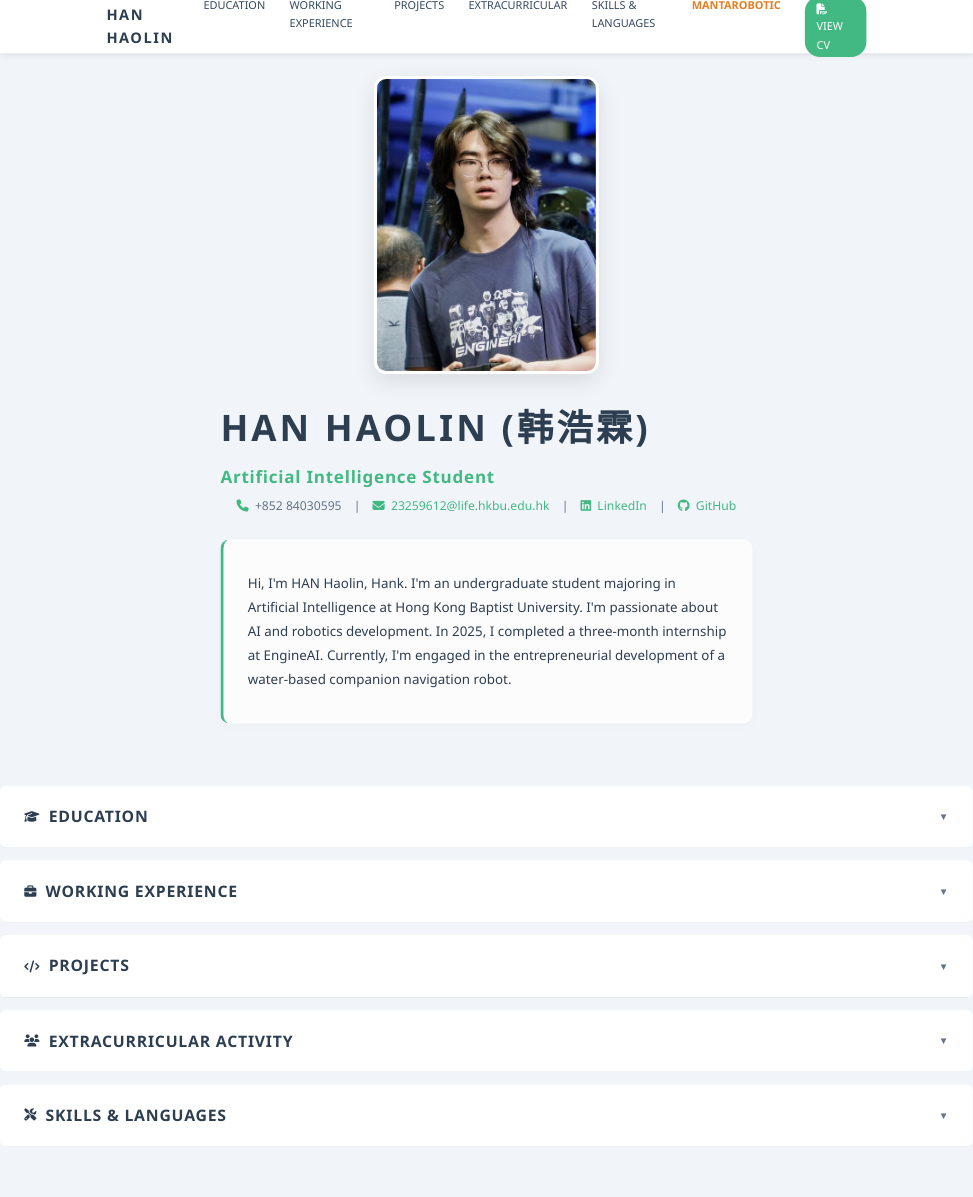
Repository: hhl2802149944-afk/hhl2802149944-afk.github.io
Page: /
An editor plug-in stored every save of this project. The page is shown before and after the next save, followed by the edit.
The browser window is 1280 px wide. The pictures show the whole page, at 76% of full size.
The project was rebuilt for these pictures with package versions that can differ from the ones it lists, and the page was loaded fresh each time. Also part of the build but not shown: vite.config.js, src/components/ProjectCard.vue, src/views/MantaRoboticView.vue.

Above is the page before, as saved 2026-01-22 11:15:09.

After the next save:
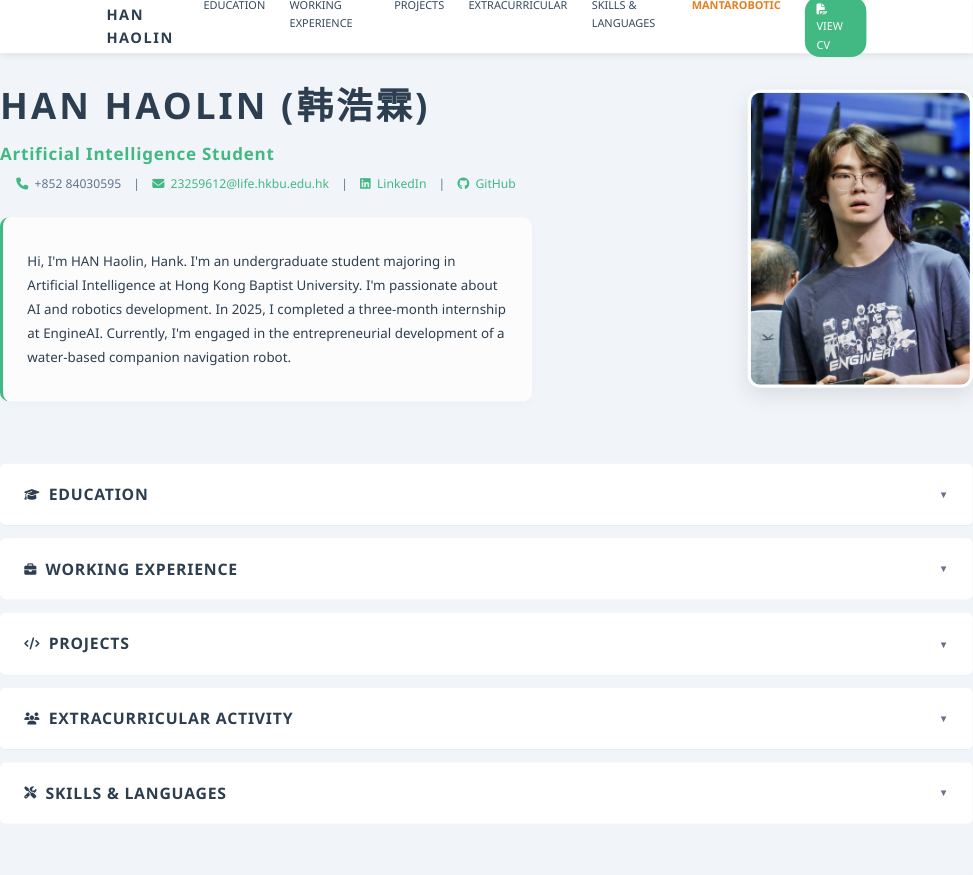
Saved 4 s later.
--- a/src/components/ResumeHeader.vue
+++ b/src/components/ResumeHeader.vue
@@ -41,7 +41,8 @@ const imageUrl = '/assets/HAN Haolin.jpg'
 
 .header-content {
   display: flex;
-  flex-direction: column;
+  flex-direction: row-reverse;
+  justify-content: space-between;
   align-items: center;
   gap: 2rem;
 }
